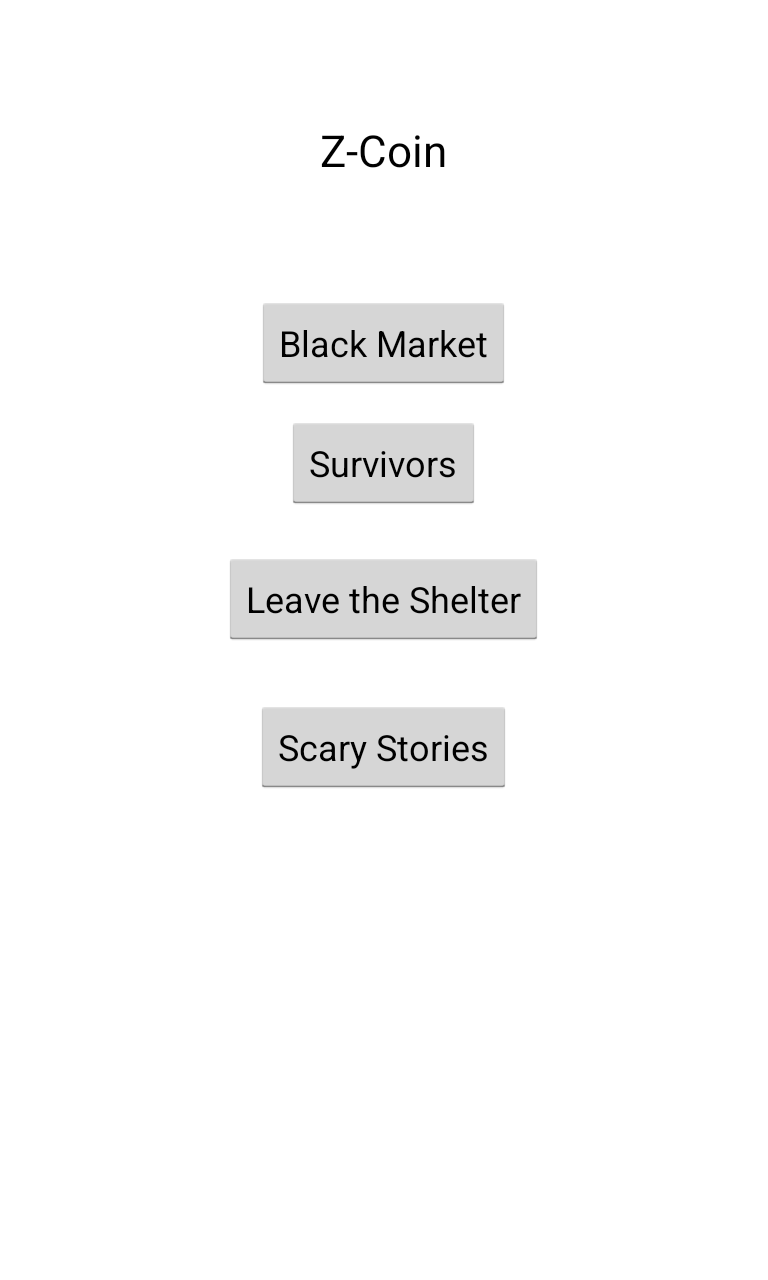
Repository: hekaiyue/Zombie-Coin
Layout: Android Workspace/ZCoins/res/layout/activity_main.xml
These files come from the project's save history. The layout is drawn as it stood at one moment and after the next save; the edit follows.
It is drawn on a 768 x 1280 px phone screen (xhdpi) without system bars, with theme AppTheme; the app's code is not run.

Above is the layout before, as saved 2014-02-01 12:03:43.

### Android Workspace/ZCoins/res/layout/activity_main.xml
<RelativeLayout xmlns:android="http://schemas.android.com/apk/res/android"
    xmlns:tools="http://schemas.android.com/tools"
    android:layout_width="match_parent"
    android:layout_height="match_parent"
    android:paddingBottom="@dimen/activity_vertical_margin"
    android:paddingLeft="@dimen/activity_horizontal_margin"
    android:paddingRight="@dimen/activity_horizontal_margin"
    android:paddingTop="@dimen/activity_vertical_margin"
    tools:context=".MainActivity" >

    <Button
        android:id="@+id/button2"
        android:layout_width="wrap_content"
        android:layout_height="wrap_content"
        android:layout_alignBottom="@+id/button1"
        android:layout_centerHorizontal="true"
        android:layout_marginBottom="60dp"
        android:text="@string/store" />

    <Button
        android:id="@+id/button3"
        android:layout_width="wrap_content"
        android:layout_height="wrap_content"
        android:layout_below="@+id/button2"
        android:layout_centerHorizontal="true"
        android:layout_marginTop="20dp"
        android:text="@string/mine"
        android:onClick="mineZCoins" />

    <Button
        android:id="@+id/button4"
        android:layout_width="wrap_content"
        android:layout_height="wrap_content"
        android:layout_below="@+id/button3"
        android:layout_centerHorizontal="true"
        android:layout_marginTop="26dp"
        android:text="@string/history" />

    <Button
        android:id="@+id/button1"
        android:layout_width="wrap_content"
        android:layout_height="wrap_content"
        android:layout_below="@+id/textView1"
        android:layout_centerHorizontal="true"
        android:layout_marginTop="118dp"
        android:text="@string/friends_list" />

    <TextView
        android:id="@+id/textView1"
        android:layout_width="wrap_content"
        android:layout_height="wrap_content"
        android:layout_alignParentTop="true"
        android:layout_centerHorizontal="true"
        android:layout_marginTop="44dp"
        android:text="@string/app_name"
        android:textAppearance="?android:attr/textAppearanceLarge"
        />

</RelativeLayout>

### Android Workspace/ZCoins/res/values/strings.xml
<?xml version="1.0" encoding="utf-8"?>
<resources>

    <string name="app_name">Z-Coin</string>
    <string name="action_settings">Settings</string>
    <string name="hello_world">Hello world!</string>
    <string name="store">Black Market</string>
    <string name="friends_list">Survivors</string>
    <string name="history">Scary Stories</string>
    <string name="mine">Leave the Shelter</string>
    <string name="title_activity_mine">The Outside World</string>
    <string name="timer">How Long</string>

</resources>

Loaded but not shown: Android Workspace/ZCoins/res/values/styles.xml (common file); Android Workspace/ZCoins/res/values-v11/styles.xml (common file); Android Workspace/ZCoins/res/values-v14/styles.xml (common file); Android Workspace/ZCoins/res/values/dimens.xml (common file)

After the next save:
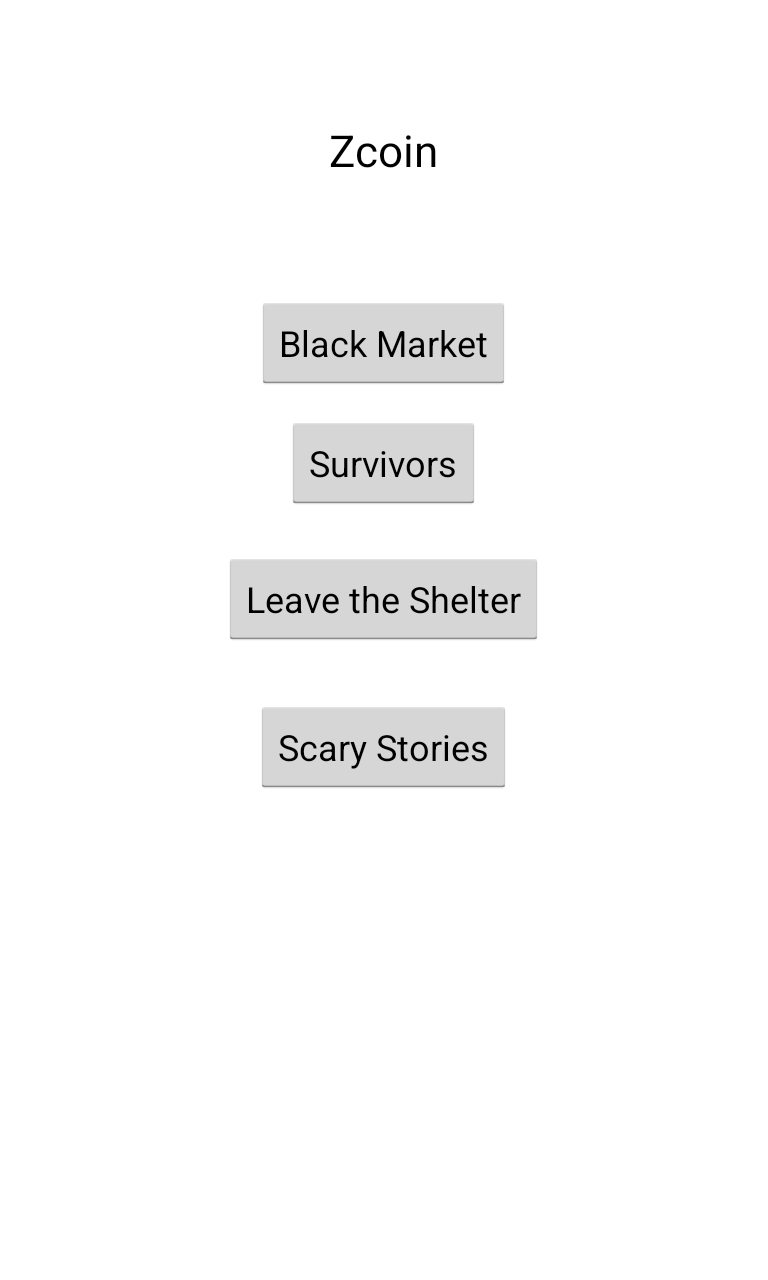
Saved 108 s later.
--- a/Android Workspace/ZCoins/res/values/strings.xml
+++ b/Android Workspace/ZCoins/res/values/strings.xml
@@ -10,5 +10,7 @@
     <string name="mine">Leave the Shelter</string>
     <string name="title_activity_mine">The Outside World</string>
     <string name="timer">How Long</string>
+    <string name="get_started">To get started, log in using Facebook</string>
+    <string name="app_name">Zcoin</string>
 
 </resources>

After the save that followed:
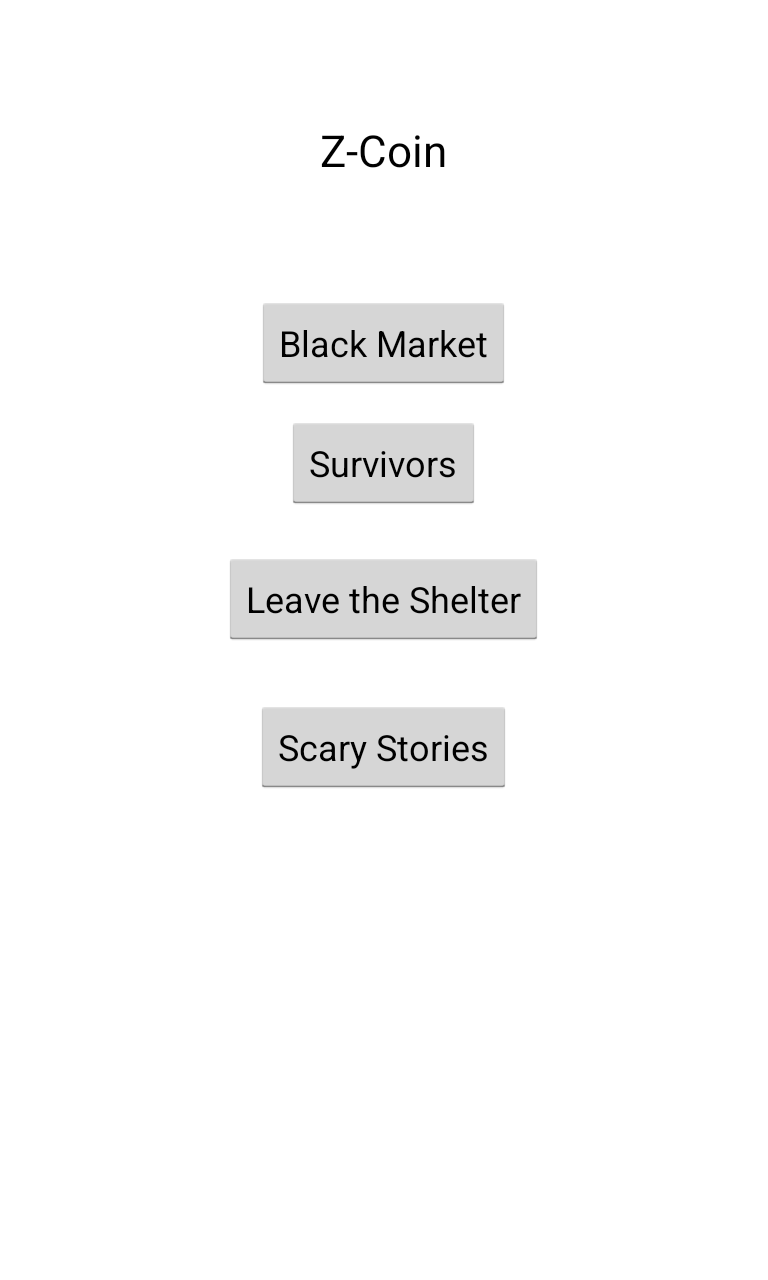
Saved 5 s later.
--- a/Android Workspace/ZCoins/res/values/strings.xml
+++ b/Android Workspace/ZCoins/res/values/strings.xml
@@ -11,6 +11,7 @@
     <string name="title_activity_mine">The Outside World</string>
     <string name="timer">How Long</string>
     <string name="get_started">To get started, log in using Facebook</string>
-    <string name="app_name">Zcoin</string>
+    <string name="title_activity_friends_list">Survivors</string>
+    <string name="edit_message">andrew id</string>
 
 </resources>
